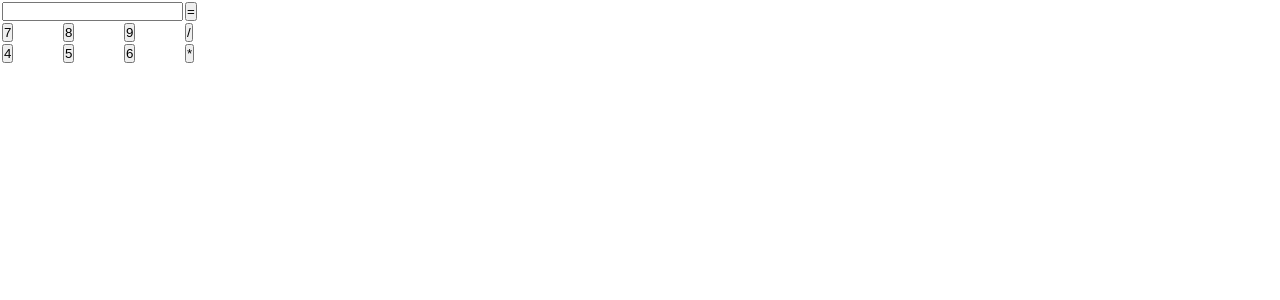
Repository: Seryozha02/CalculatorAndStopwatch
Page: calculator.html
An editor plug-in stored every save of this project. The page is shown before and after a run of saves, followed by the edit.
The browser window is 1280 px wide. The pictures show the whole page.

Above is the page before, as saved 2022-10-03 17:36:30.

After the next 3 saves:
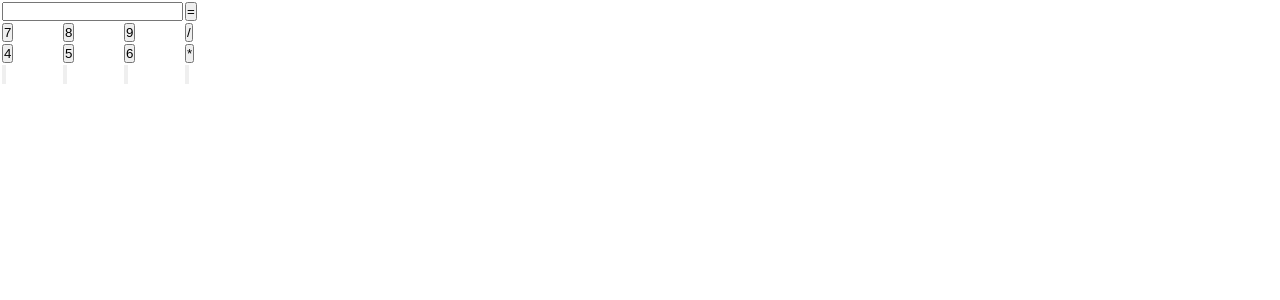
The 3 saves are shown as one change because they came seconds apart.
The last was saved 2 min 56 s later.
--- a/calculator.html
+++ b/calculator.html
@@ -25,7 +25,12 @@
       <td><input type="button" value="6" onclick="display(('6'))"></td>
       <td><input type="button" value="*" onclick="display(('*'))"></td>
     </tr>
-
+    <tr>
+      <td><input type="button" value=""></td>
+      <td><input type="button" value=""></td>
+      <td><input type="button" value=""></td>
+      <td><input type="button" value=""></td>
+    </tr>
   </table>
 </body>
   <script src="calculator.js"></script>
